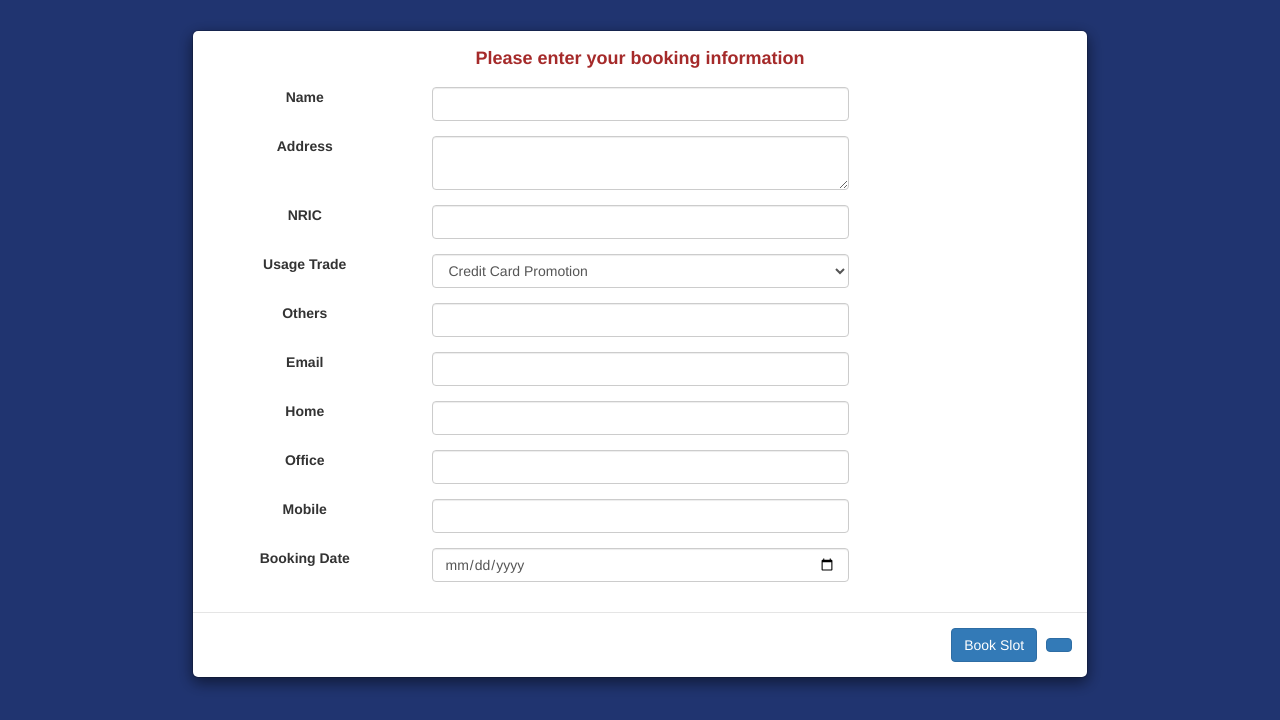
Repository: Shenba-Ps/Jsp-Servlet-B
Page: http://localhost/Test/Booking.jsp
These files come from the project's save history. The page is drawn as it stood at one moment and after a run of saves; the edit follows.
The browser window is 1280 px wide. The pictures show the whole page.
The page is served by Tomcat 9. Other server files are loaded and not shown.

Above is the page before, as saved 2023-06-15 12:24:00.

### Test/src/main/webapp/Booking.jsp
<!DOCTYPE HTML><%@page language="java"
	contentType="text/html; charset=ISO-8859-1" pageEncoding="ISO-8859-1"%>
<html>
<head>
<title>Booking</title>
<meta http-equiv="Content-Type" content="text/html; charset=ISO-8859-1">
<link rel="stylesheet" href="Plugins/Boostrap.css">
<link rel="stylesheet" href="Script/Common.css">
<script src="Plugins/jQuery.js"></script>
<script src="Plugins/bootstrap.js"></script>
<script src="Script/Booking.js"></script>
</head>
<body>
	<div style="height: 100vh; background-color: #4169E1;">
		<div></div>
		<!-- Modal -->
		<div class="modal fade" data-backdrop="static" id="mdlCustomerDetail"
			role="dialog">
			<div class="modal-dialog" style="width: 70%;">
				<!-- Modal content-->
				<div class="modal-content">
					<div class="modal-body">
						<div class="Title form-group" style="text-align: center;">Please
							enter your booking information</div>
						<div class="row form-group">
							<div class="col-xs-3 RightAlign">
								<label>Name</label>
							</div>
							<div class="col-xs-6">
								<input class="form-control" type="text" id="idName"
									name="nmName">
								<div class="ControlErrorMessage" id="errName"></div>
							</div>
						</div>
						<div class="row form-group">
							<div class="col-xs-3 RightAlign">
								<label>Address</label>
							</div>
							<div class="col-xs-6">
								<textarea class="form-control" id="idAddress" name="nmAddress"></textarea>
								<div class="ControlErrorMessage" id="errAddress"></div>
							</div>
						</div>
						<div class="row form-group">
							<div class="col-xs-3 RightAlign">
								<label>NRIC</label>
							</div>
							<div class="col-xs-6">
								<input class="form-control" type="text" id="idNRIC"
									name="nmNRIC">
								<div class="ControlErrorMessage" id="errNRIC"></div>
							</div>
						</div>
						<div class="row form-group">
							<div class="col-xs-3 RightAlign">
								<label>Usage Trade</label>
							</div>
							<div class="col-xs-6">
								<select class="form-control" name="UsageTrade" id="idUsageTrade">
									<option value="Credit Card Promotion">Credit Card
										Promotion</option>
									<option value="F&B">F&B</option>
									<option value="Hairdressing">Hairdressing</option>
									<option value="Clothing">Clothing</option>
									<option value="Others">Others</option>
								</select>
								<div class="ControlErrorMessage" id="errUserTrade"></div>
							</div>
						</div>
						<div class="row form-group">
							<div class="col-xs-3 RightAlign">
								<label>Others</label>
							</div>
							<div class="col-xs-6">
								<input class="form-control" type="text" id="idOthers"
									name="nmOthers">
								<div class="ControlErrorMessage" id="errOthers"></div>
							</div>
						</div>
						<div class="row form-group">
							<div class="col-xs-3 RightAlign">
								<label>Email</label>
							</div>
							<div class="col-xs-6">
								<input class="form-control" type="text" id="idEmail"
									name="nmEmail">
								<div class="ControlErrorMessage" id="errEmail"></div>
							</div>
						</div>
						<div class="row form-group">
							<div class="col-xs-3 RightAlign">
								<label>Home</label>
							</div>
							<div class="col-xs-6">
								<input class="form-control" type="text" id="idHomeTel"
									name="nmHome">
								<div class="ControlErrorMessage" id="errHome"></div>
							</div>
						</div>
						<div class="row form-group">
							<div class="col-xs-3 RightAlign">
								<label>Office</label>
							</div>
							<div class="col-xs-6">
								<input class="form-control" type="text" id="idOfficeTel"
									name="nmOffice">
								<div class="ControlErrorMessage" id="errOffice"></div>
							</div>
						</div>
						<div class="row form-group">
							<div class="col-xs-3 RightAlign">
								<label>Mobile</label>
							</div>
							<div class="col-xs-6">
								<input class="form-control" type="text" id="idMobile"
									name="nmMobile">
								<div class="ControlErrorMessage" id="errMobile"></div>
							</div>
						</div>
						<div class="row form-group">
							<div class="col-xs-3 RightAlign">
								<label>Booking Date</label>
							</div>
							<div class="col-xs-6">
								<input class="form-control" type="date" id="idBookingDate"
									name="nmBookingDate">
								<div class="ControlErrorMessage" id="errBookingDate"></div>
							</div>
						</div>
					</div>
					<div class="modal-footer">
						<button type="button" class="btn btn-primary"
							onclick="onclickBookSlot()">Book Slot</button>
						<button type="button" class="btn btn-primary" id="btnBookSlot"></button>
						<div class="ControlErrorMessage" id="errBookingSlot"
							style="display: none;"></div>
					</div>
				</div>
			</div>
		</div>
	</div>
</body>
</html>

### Test/src/main/webapp/Script/Common.css
.Title {
	font-size: 18px;
	color: brown;
	font-weight: bold;
}

.RightAlign {
	text-align: center;
}

.ControlError {
	background: 2px solid red;
}

.ControlErrorMessage {
	color: red;
	font-weight: 600;
}

### Test/src/main/webapp/Script/Booking.js
$(function() {

});

document.addEventListener("DOMContentLoaded", function() {
	OpenCustomerDetail();
});

function OpenCustomerDetail() {
	$('#mdlCustomerDetail').modal('show');
}

function onclickBookSlot() {
	$('#idName').removeClass("ControlError");
	$('#errName').hide();
	if ($('#idName').val() == "") {
		$('#idName').addClass("ControlError");
		$('#errName').innerHTML = "Please enter your name";
		$('#errName').show();
	}
}

Loaded but not shown: Test/src/main/webapp/Plugins/Boostrap.css (library); Test/src/main/webapp/Plugins/jQuery.js (library); Test/src/main/webapp/Plugins/bootstrap.js (library)

After the next 2 saves:
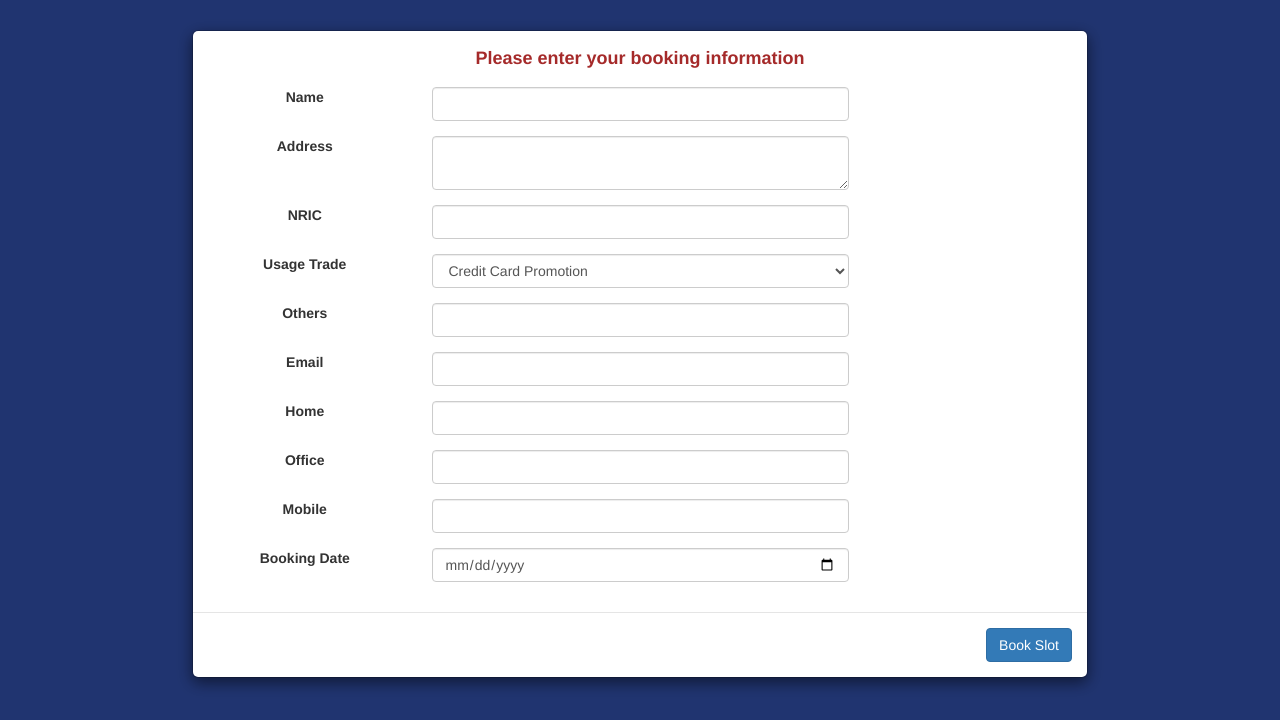
The 2 saves are shown as one change because they came seconds apart.
The last was saved 21 s later.
--- a/Test/src/main/webapp/Booking.jsp
+++ b/Test/src/main/webapp/Booking.jsp
@@ -131,9 +131,8 @@
 					<div class="modal-footer">
 						<button type="button" class="btn btn-primary"
 							onclick="onclickBookSlot()">Book Slot</button>
-						<button type="button" class="btn btn-primary" id="btnBookSlot"></button>
-						<div class="ControlErrorMessage" id="errBookingSlot"
-							style="display: none;"></div>
+						<button type="button" class="btn btn-primary" id="btnBookSlot" style="display: none;"></button>
+						<div class="ControlErrorMessage" id="errBookingSlot"></div>
 					</div>
 				</div>
 			</div>
